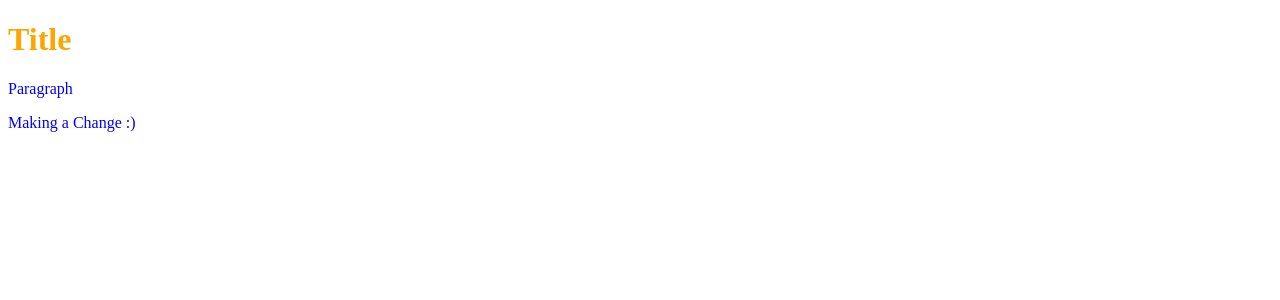
Repository: br4y/br4y.github.io
Page: index.html
The author's editor kept a record of every edit. The page is drawn from the files as they stood at one moment, then again after the next edit.
The browser window is 1280 px wide. The pictures show the whole page.

Above is the page before.

After the next edit:
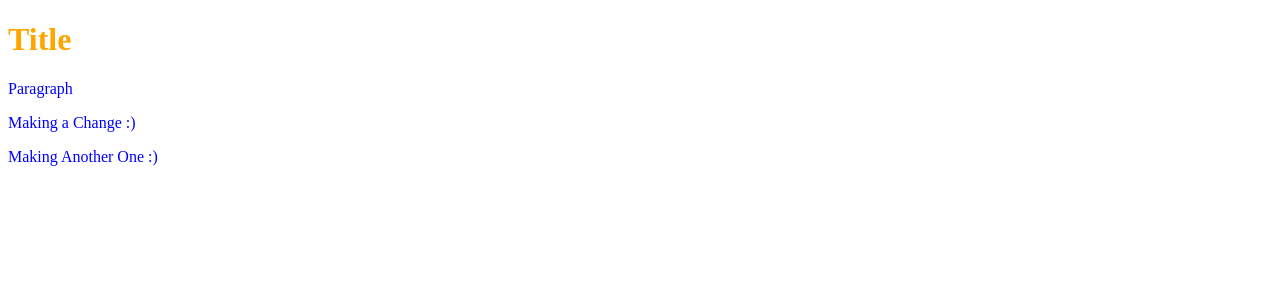
The edit:
--- a/index.html
+++ b/index.html
@@ -18,6 +18,7 @@
     <body>
         <p>Paragraph</p>
         <p>Making a Change :)</p>
+        <p>Making Another One :)</p>
     </body>
 
 </html>
